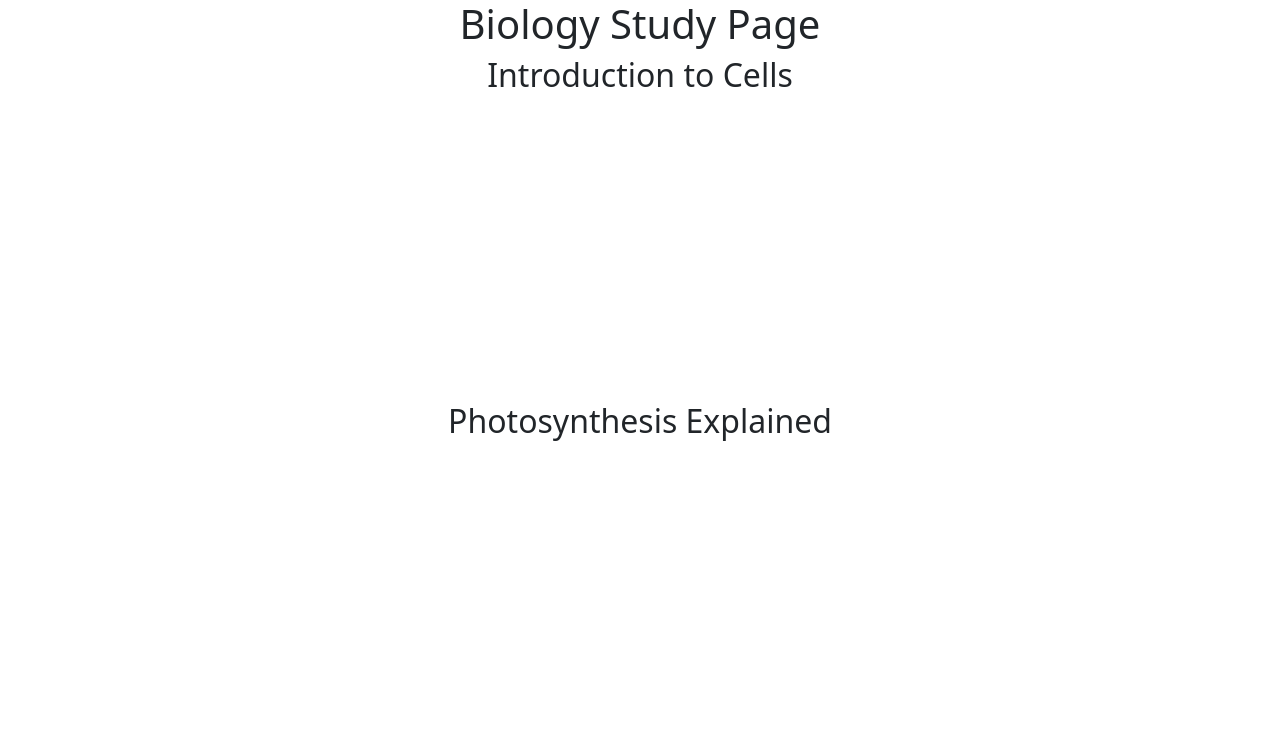
Repository: krmvz/BEMath.kg
Page: /bio
The author's editor kept a copy of each file at every save. The page is drawn from the files as they stood at one save, then again after the next save.
The browser window is 1280 px wide. The pictures show the whole page.
The project was rebuilt for these pictures with package versions that can differ from the ones it lists, and the page was loaded fresh each time. Also part of the build but not shown: src/firebase.js, src/components/auth/sign.scss, src/components/auth/SignIn.jsx, src/components/auth/SignUp.jsx, src/components/AuthDetails.jsx, src/components/dashboard/Dashboard.jsx.

Above is the page before, as saved 2023-12-18 21:14:01.

After the next save:
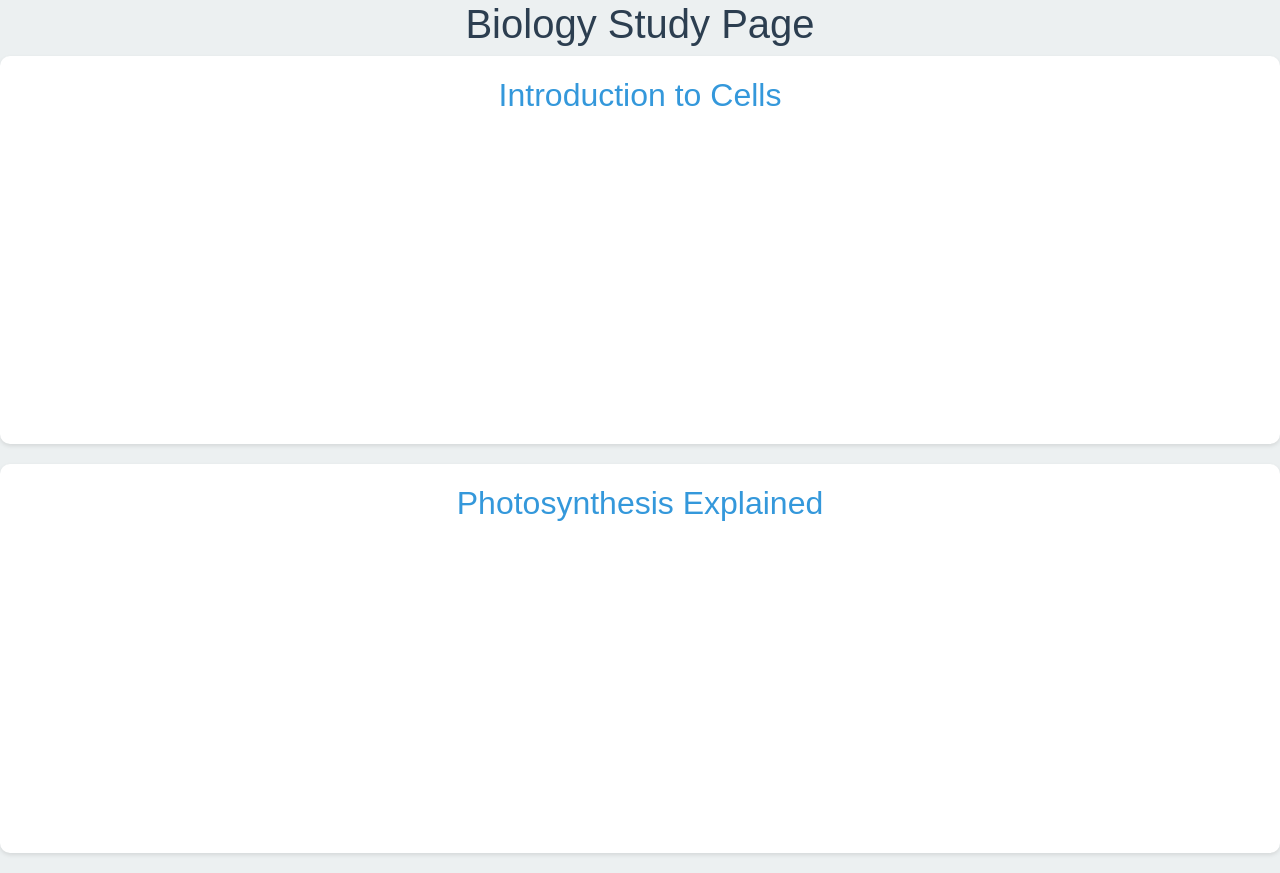
Saved 68 s later.
--- a/src/components/Biology/biology.scss
+++ b/src/components/Biology/biology.scss
@@ -1,28 +1,56 @@
-// // biology.scss
+// biology.scss
 
-// $primary-color: #3498db;
-// $background-color: #ecf0f1;
-// $text-color: #2c3e50;
+$primary-color: #3498db;
+$background-color: #ecf0f1;
+$text-color: #2c3e50;
+$accent-color: #e74c3c;
 
-// body {
-//   font-family: 'Arial', sans-serif;
-//   background-color: $background-color;
-//   color: $text-color;
-//   margin: 0;
-//   padding: 0;
-// }
+body {
+  font-family: 'Arial', sans-serif;
+  background-color: $background-color;
+  color: $text-color;
+  margin: 0;
+  padding: 0;
+}
 
-// .video-container {
-//   margin-bottom: 20px;
+.video-container {
+  margin-bottom: 20px;
+  padding: 20px;
+  border-radius: 10px;
+  background-color: #fff;
+  box-shadow: 0 2px 4px rgba(0, 0, 0, 0.1);
 
-//   h2 {
-//     color: $primary-color;
-//     margin-bottom: 10px;
-//   }
+  h2 {
+    color: $primary-color;
+    margin-bottom: 10px;
+  }
 
-//   .react-player {
-//     border-radius: 8px;
-//     overflow: hidden;
-//     width: 500px; // Set the width to 500 pixels
-//   }
-// }
+  .player-wrapper {
+    width: 50%;
+    margin: 0 auto;
+  }
+
+  p {
+    margin-top: 10px;
+    font-size: 16px;
+    color: $text-color;
+  }
+
+  .description-toggle {
+    cursor: pointer;
+    color: $accent-color;
+
+    &:hover {
+      text-decoration: underline;
+    }
+  }
+
+  .description {
+    display: none;
+    margin-top: 15px;
+
+    &.visible {
+      display: block;
+    }
+  }
+}
